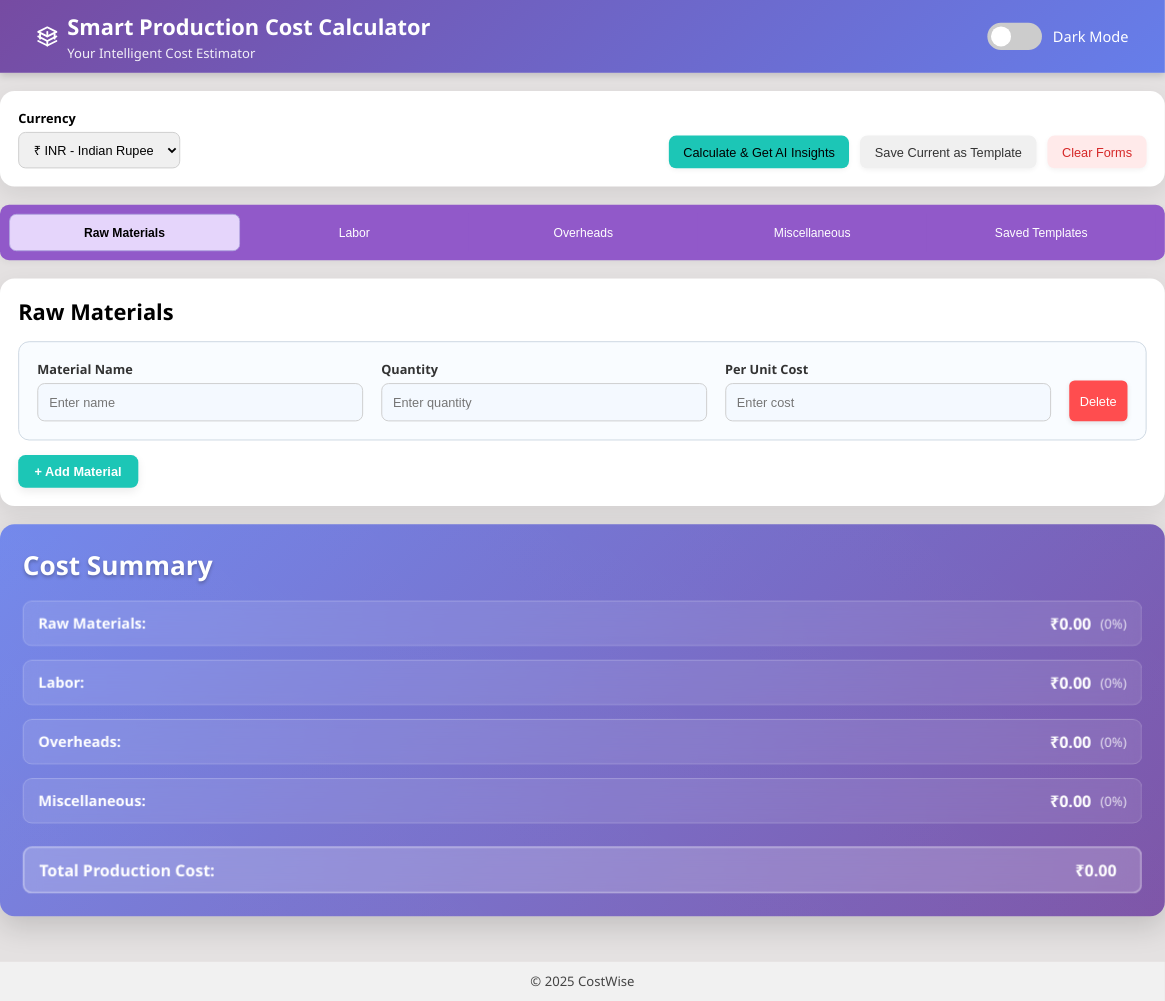
Repository: syntaxion25/COSTWISE
Page: index.html
An editor plug-in stored every save of this project. The page is shown before and after the next save, followed by the edit.
The browser window is 1280 px wide. The pictures show the whole page, at 91% of full size.

Above is the page before, as saved 2025-06-13 20:42:38.
Console error: ReferenceError: savedTemplates is not defined

### index.html
<!DOCTYPE html>
<html lang="en">

<head>
    <meta charset="UTF-8" />
    <meta name="viewport" content="width=device-width, initial-scale=1.0" />
    <title>CostWise</title>
    <link rel="stylesheet" href="style.css" />
</head>

<body>
    <header>
        <div class="container">
            <div class="header-left">
                <svg xmlns="http://www.w3.org/2000/svg" viewBox="0 0 24 24" fill="none" stroke="currentColor"
                    stroke-width="2" stroke-linecap="round" stroke-linejoin="round" class="h-10 w-10 text-primary">
                    <path d="M12 2L2 7l10 5 10-5-10-5z"></path>
                    <path d="M2 17l10 5 10-5"></path>
                    <path d="M2 12l10 5 10-5"></path>
                    <line x1="12" y1="22" x2="12" y2="17"></line>
                    <line x1="12" y1="12" x2="12" y2="7"></line>
                    <line x1="20" y1="14.5" x2="20" y2="9.5"></line>
                    <line x1="4" y1="14.5" x2="4" y2="9.5"></line>
                </svg>
                <div>
                    <h1>Smart Production Cost Calculator</h1>
                    <p class="slogan">Your Intelligent Cost Estimator</p>
                </div>
            </div>
            <div class="header-right">
                <div class="toggle-container">
                    <label class="switch">
                        <input type="checkbox" id="nightToggle">
                        <span class="slider"></span>
                    </label>
                    <span class="label-text">Dark Mode</span>
                </div>
            </div>
        </div>
    </header>


    <main>
        <div class="card-container">
            <div class="card-header">
                <div class="currency-select">
                    <label for="currency">Currency</label>
                    <select id="currency">
                        <option value="INR">₹ INR - Indian Rupee</option>
                        <option value="EUR">€ EUR - Euro</option>
                        <option value="USD">$ USD - US Dollar</option>
                    </select>
                </div>
                <div class="button-group">
                    <button onclick="calculateAI()" class="btn primary">Calculate & Get AI Insights</button>
                    <button onclick="openSaveModal()" class="btn secondary">Save Current as Template</button>
                    <button onclick="clearForms()" class="btn danger">Clear Forms</button>
                </div>
            </div>
        </div>

        <div class="tab-wrapper">
            <div class="tab-container">
                <button class="tab" data-tab="materials_parent">Raw Materials</button>
                <button class="tab" data-tab="labor_parent">Labor</button>
                <button class="tab" data-tab="overheads_parent">Overheads</button>
                <button class="tab" data-tab="tab4">Miscellaneous</button>
                <button class="tab" data-tab="tab5">Saved Templates</button>
            </div>
        </div>

        <!-- Raw Materials -->
        <div id="materials_parent" class="raw-materials-card">
            <h2>Raw Materials</h2>
            <div class="outlined-wrapper material-block">
                <div class="material-inputs-labeled">
                    <div class="input-group">
                        <label>Material Name</label>
                        <input type="text" placeholder="Enter name" id="material_name" class="material-name" />
                    </div>
                    <div class="input-group">
                        <label>Quantity</label>
                        <input type="number" placeholder="Enter quantity" id="material_quantity"
                            class="material-quantity" />
                    </div>
                    <div class="input-group">
                        <label>Per Unit Cost</label>
                        <input type="number" placeholder="Enter cost" id="material_cost" class="material-cost" />
                    </div>
                    <button onclick="deleteElement(this)" class="delete-btn">Delete</button>
                </div>
            </div>
            <button onclick="createMaterialElement()" class="addbutton">+ Add Material</button>
        </div>

        <!-- Labor -->
        <div id="labor_parent" class="raw-materials-card">
            <h2>Labor Costs</h2>
            <div class="outlined-wrapper labor-block">
                <div class="material-inputs-labeled">
                    <div class="input-group">
                        <label>Hours Worked</label>
                        <input type="number" placeholder="Enter number of hours" id="labor_hours" class="labor-hours" />
                    </div>
                    <div class="input-group">
                        <label>Labor Cost</label>
                        <input type="number" placeholder="Enter the cost of labor" id="labor_cost" class="labor-cost" />
                    </div>
                    <button onclick="deleteElement(this)" class="delete-btn">Delete</button>
                </div>
            </div>
            <button onclick="createLaborElement()" class="addbutton">+ Add Labor</button>
        </div>

        <!-- Overheads -->
        <div id="overheads_parent" class="raw-materials-card">
            <h2>Overheads Costs</h2>
            <div class="outlined-wrapper overhead-block">
                <div class="material-inputs-labeled">
                    <div class="input-group">
                        <label>Expense name</label>
                        <input type="text" placeholder="e.g, electricity, rent" id="overhead_name"
                            class="overhead-name" />
                    </div>
                    <div class="input-group">
                        <label>Quantity/Units</label>
                        <input type="number" placeholder="Enter the quantity" id="overhead_hours"
                            class="overhead-hours" />
                    </div>
                    <div class="input-group">
                        <label>Cost</label>
                        <input type="number" placeholder="Enter the service cost" id="overhead_cost"
                            class="overhead-cost" />
                    </div>
                    <button onclick="deleteElement(this)" class="delete-btn">Delete</button>
                </div>
            </div>
            <button onclick="createOverheadsElement()" class="addbutton">+ Add Overhead</button>
        </div>

        <!-- Miscellaneous -->
        <div id="miscellaneous_parent" class="raw-materials-card">
            <h2>Miscellaneous Costs</h2>
            <div class="outlined-wrapper miscellaneous-block">
                <div class="material-inputs-labeled">
                    <div class="input-group">
                        <label>Total Miscellaneous Costs</label>
                        <input type="number" placeholder="Enter total miscellaneous costs" id="miscellaneous_costs"
                            class="miscellaneous-costs" />
                    </div>
                </div>
            </div>
        </div>

        <!-- Saved Templates -->
        <div id="saved_templates" class="raw-materials-card">
            <h2>Saved Templates</h2>
            <div class="outlined-wrapper saved-templates-block">
                <div class="template-list">
                    <p class="no-templates">No saved templates yet. Create and save a template to see it here.</p>
                </div>
            </div>
        </div>
    </main>

    <footer>
        <p>&copy; 2025 CostWise</p>
    </footer>

    <script src="app.js"></script>
</body>

</html>

### style.css
* {
  margin: 0;
  padding: 0;
  box-sizing: border-box;

}

body {
  font-family: 'Segoe UI', sans-serif;
  background-color: #f8fbff;
  padding-top: 80px;
  /* space for fixed header */
  background-color:rgb(228, 225, 225)
}

header {
  position: fixed;
  top: 0;
  width: 100%;
  background: linear-gradient(135deg, #764ba2 0%, #667eea 100%);
  color: white;
  padding: 12px 20px;
  box-shadow: 0 3px 8px rgba(0, 0, 0, 0.15);
  z-index: 1000;
}

.container {
  display: flex;
  justify-content: space-between;
  align-items: center;
  max-width: 1200px;
  margin: 0 auto;
}

.header-left {
  display: flex;
  align-items: center;
  gap: 10px;
}

.logo {
  width: 32px;
  height: 32px;
  stroke: white;
}

.header-left h1 {
  margin: 0;
  font-size: 1.5rem;
  font-weight: 600;
}

.header-right p {
  margin: 0;
  font-size: 0.9rem;
  opacity: 0.9;
  text-align: right;
}

@media (max-width: 600px) {
  .container {
    flex-direction: column;
    align-items: flex-start;
    gap: 8px;
  }

  .header-right p {
    text-align: left;
  }
}

footer {
  margin-top: 50px;
  text-align: center;
  padding: 12px;
  background-color: #f1f1f1;
  font-size: 0.9rem;
  color: #444;
}

/* Card Styles */
.card-container {
  background: #fff;
  padding: 20px;
  margin: 20px auto;
  border-radius: 16px;
  box-shadow: 0 8px 24px rgba(0, 0, 0, 0.08);
  max-width: 1400px;
}

/* Cost Summary Card */
.cost-summary-card {
  background: linear-gradient(135deg, #667eea 0%, #764ba2 100%);
  color: white;
  padding: 25px;
  margin: 20px auto;
  border-radius: 16px;
  box-shadow: 0 12px 32px rgba(0, 0, 0, 0.15);
  max-width: 1400px;
  position: relative;
  overflow: hidden;
}

.cost-summary-card::before {
  content: '';
  position: absolute;
  top: 0;
  left: 0;
  right: 0;
  bottom: 0;
  background: linear-gradient(45deg, rgba(255, 255, 255, 0.1) 0%, rgba(255, 255, 255, 0.05) 100%);
  pointer-events: none;
}

.cost-summary-card h2 {
  margin-bottom: 20px;
  font-size: 1.8rem;
  font-weight: 700;
  text-shadow: 0 2px 4px rgba(0, 0, 0, 0.3);
}

.cost-breakdown {
  display: flex;
  flex-direction: column;
  gap: 15px;
}

.cost-item {
  display: flex;
  justify-content: space-between;
  align-items: center;
  padding: 12px 16px;
  background: rgba(255, 255, 255, 0.1);
  border-radius: 10px;
  backdrop-filter: blur(10px);
  border: 1px solid rgba(255, 255, 255, 0.2);
  transition: all 0.3s ease;
}

.cost-item:hover {
  background: rgba(255, 255, 255, 0.15);
  transform: translateY(-2px);
}

.cost-item.total-cost {
  background: rgba(255, 255, 255, 0.2);
  border: 2px solid rgba(255, 255, 255, 0.3);
  font-weight: 700;
  font-size: 1.1rem;
  margin-top: 10px;
}

.cost-label {
  font-weight: 600;
  flex: 1;
}

.cost-value {
  font-weight: 700;
  font-size: 1.1rem;
  margin-right: 10px;
}

.cost-percentage {
  font-size: 0.9rem;
  opacity: 0.8;
  font-weight: 500;
}

.card-header {
  display: flex;
  flex-wrap: wrap;
  justify-content: space-between;
  align-items: flex-end;
  gap: 20px;
}

/* Currency Dropdown */
.currency-select label {
  display: block;
  font-weight: 600;
  margin-bottom: 6px;
  font-size: 14px;
}

.currency-select select {
  padding: 10px 12px;
  font-size: 14px;
  border: 1px solid #ccc;
  border-radius: 8px;
  background-color: #f0f0f0;
  transition: all 0.2s ease-in-out;
}

.currency-select select:hover {
  border-color: #00ddff;
  background-color: #fff;
  box-shadow: 0 0 4px rgba(28, 198, 182, 0.3);
}

/* Buttons */
.button-group {
  display: flex;
  gap: 12px;
  flex-wrap: wrap;
}

.btn {
  padding: 10px 16px;
  font-size: 14px;
  font-weight: 500;
  border: none;
  border-radius: 8px;
  cursor: pointer;
  transition: all 0.2s ease-in-out;
  box-shadow: 0 2px 6px rgba(0, 0, 0, 0.05);
}

.btn:hover {
  transform: translateY(-2px);
  box-shadow: 0 4px 12px rgba(0, 0, 0, 0.1);
}

.btn.primary {
  background-color: #1cc6b6;
  color: rgb(0, 0, 0);
}

.btn.primary:hover {
  background-color: #00ddff;
}

.btn.secondary {
  background-color: #f0f0f0;
  color: #333;
}

.btn.secondary:hover {
  background-color: #e0e0e0;
}

.btn.danger {
  background-color: #ffeaea;
  color: #d62828;
}

.btn.danger:hover {
  background-color: #ffcccc;
}

svg {
  width: 24px;
  height: 24px;
}

.tab-wrapper {
  max-width: 1400px;
  margin: 20px auto;
}

.tab-container {
  display: flex;
  background-color: #9159c9;
  border-radius: 10px;
  padding: 10px;
  overflow-x: auto;
  box-shadow: 0 2px 8px rgba(0, 0, 0, 0.05);
}

.tab {
  flex: 1;
  background-color: #9159c9;
  padding: 12px 16px;
  text-align: center;
  color: #ffffff;
  font-weight: 500;
  text-decoration: none;
  transition: background-color 0.3s, font-weight 0.3s;
  white-space: nowrap;
  border: none;
}

.tab:hover {
  background-color: #c870e6;
  border-radius: 8px;
}

.tab.active {
  background-color: #e5d5fb;
  font-weight: bold;
  border: 1.5px solid #afa4de;
  color: black;
  border-radius: 8px;
}

.tab.saved-template::before {
  content: "📁";
  margin-right: 6px;
}

.raw-materials-card {
  background: #fff;
  padding: 20px;
  margin: 20px auto;
  width: auto;
  border-radius: 16px;
  box-shadow: 0 8px 24px rgba(0, 0, 0, 0.08);
  max-width: 1400px;
  /* display: none; */
}

.outlined-wrapper {
  border: 1.5px solid #cbd5e1;
  border-radius: 12px;
  padding: 20px;
  margin-top: 16px;
  background-color: #f9fcff;
}

.material-inputs-labeled {
  display: flex;
  gap: 20px;
  flex-wrap: wrap;
}

.input-group {
  display: flex;
  flex-direction: column;
  flex: 1;
  min-width: 200px;
}

.input-group label {
  font-weight: 600;
  margin-bottom: 6px;
  font-size: 14px;
  color: #333;
}

.input-group input {
  padding: 12px;
  border: 1px solid #ccc;
  border-radius: 8px;
  font-size: 14px;
  background-color: #f4f9ff;
  transition: border-color 0.3s, background-color 0.3s;
}

.input-group input:focus {
  border-color: #007bff;
  background-color: #fff;
  outline: none;
}

.addbutton {
  margin-top: 16px;
  padding: 10px 18px;
  font-size: 14px;
  font-weight: 600;
  color: #fff;
  background-color: #1cc6b6;
  border: none;
  border-radius: 8px;
  cursor: pointer;
  transition: background-color 0.3s ease, transform 0.2s;
  box-shadow: 0 4px 10px rgba(0, 0, 0, 0.08);
}

.addbutton:hover {
  background-color: #00bfa6;
  transform: translateY(-2px);
}

.delete-btn {
  background-color: #ff4d4f;
  color: white;
  border: none;
  border-radius: 6px;
  padding: 8px 12px;
  font-size: 14px;
  cursor: pointer;
  transition: background-color 0.2s ease, transform 0.2s;
  margin-top: 22px;
  box-shadow: 0 2px 6px rgba(0, 0, 0, 0.1);
}

.delete-btn:hover {
  background-color: #e60000;
  transform: scale(1.05);
}

/* ========== NIGHT MODE ========== */
body.dark-mode {
  background-color: #121212;
  color: #e0e0e0;
}

body.dark-mode header {
  background-color: #1f1f1f;
  color: white;
}

body.dark-mode .logo {
  stroke: white;
}

body.dark-mode footer {
  background-color: #1f1f1f;
  color: #ccc;
}

body.dark-mode .card-container,
body.dark-mode .raw-materials-card,
body.dark-mode .outlined-wrapper {
  background-color: #1e1e1e;
  border-color: #333;
  color: #e0e0e0;
}

body.dark-mode .cost-summary-card {
  background: linear-gradient(135deg, #2d3748 0%, #4a5568 100%);
  color: #e2e8f0;
}

body.dark-mode .cost-item {
  background: rgba(255, 255, 255, 0.05);
  border: 1px solid rgba(255, 255, 255, 0.1);
}

body.dark-mode .cost-item:hover {
  background: rgba(255, 255, 255, 0.1);
}

body.dark-mode .cost-item.total-cost {
  background: rgba(255, 255, 255, 0.1);
  border: 2px solid rgba(255, 255, 255, 0.2);
}

body.dark-mode .tab-container {
  background-color: #2c2c2c;
}

body.dark-mode .tab {
  background-color: #2c2c2c;
  color: #a0c4ff;
}

body.dark-mode .tab:hover {
  background-color: #444;
}

body.dark-mode .tab.active {
  background-color: #333;
  border-color: #555;
}

body.dark-mode input,
body.dark-mode select {
  background-color: #2c2c2c;
  color: #f0f0f0;
  border: 1px solid #555;
}

body.dark-mode input::placeholder,
body.dark-mode select::placeholder {
  color: #aaa;
}


body.dark-mode .btn,
body.dark-mode .addbutton {
  background-color: #333;
  color: #fff;
  border-color: #444;
}

body.dark-mode .btn.primary {
  background-color: #007bff;
  color: white;
}

body.dark-mode .btn.secondary {
  background-color: #444;
  color: #fff;
}

body.dark-mode .btn.danger {
  background-color: #a32020;
  color: white;
}

body.dark-mode .delete-btn {
  background-color: #cc0000;
}

body.dark-mode .delete-btn:hover {
  background-color: #ff1a1a;
}

.tab-content {
  display: none;
  max-width: 1400px;
  margin: 20px auto;
}

.tab-content.active {
  display: block;
}

.theme-toggle-wrapper {
  position: fixed;
  top: 16px;
  right: 16px;
  z-index: 1001;
}

.dark-toggle {
  font-size: 1.2rem;
  background: none;
  border: none;
  color: white;
  cursor: pointer;
}

.toggle-container {
  display: flex;
  align-items: center;
  gap: 12px;
}

.switch {
  position: relative;
  display: inline-block;
  width: 60px;
  height: 30px;
}

.switch input {
  opacity: 0;
  width: 0;
  height: 0;
}

.slider {
  position: absolute;
  top: 0;
  left: 0;
  right: 0;
  bottom: 0;
  background-color: #ccc;
  border-radius: 34px;
  transition: background-color 0.4s;
  cursor: pointer;
}

.slider::before {
  content: "";
  position: absolute;
  height: 22px;
  width: 22px;
  left: 4px;
  bottom: 4px;
  background-color: white;
  border-radius: 50%;
  transition: transform 0.4s;
}

/* Toggle ON */
input:checked+.slider {
  background-color: #4a4a4a;
}

input:checked+.slider::before {
  transform: translateX(30px);
}

/* Responsive Design for Cost Summary */
@media (max-width: 768px) {
  .cost-item {
    flex-direction: column;
    text-align: center;
    gap: 8px;
  }

  .cost-label,
  .cost-value,
  .cost-percentage {
    margin: 0;
  }

  .cost-summary-card {
    margin: 15px;
    padding: 20px;
  }

  .cost-summary-card h2 {
    font-size: 1.5rem;
  }
}

/* Slogan under title */
.slogan {
  font-size: 0.9rem;
  opacity: 0.9;
  margin-top: 4px;
}

/* Adjust for mobile */
@media (max-width: 600px) {
  .header-left {
    flex-direction: column;
    align-items: flex-start;
  }

  .slogan {
    text-align: left;
  }

  .header-right {
    width: 100%;
    display: flex;
    justify-content: flex-end;
  }

  .toggle-container {
    justify-content: flex-end;
    width: 100%;
  }
}

/* Updated Dark Mode Gradient */
body.dark-mode header {
  background: linear-gradient(135deg, #2c2c2c 0%, #434343 100%);
}

body.dark-mode .input-group label {
  color: #ffffff;
}

Loaded but not shown: app.js (595 lines, source omitted)

After the next save:
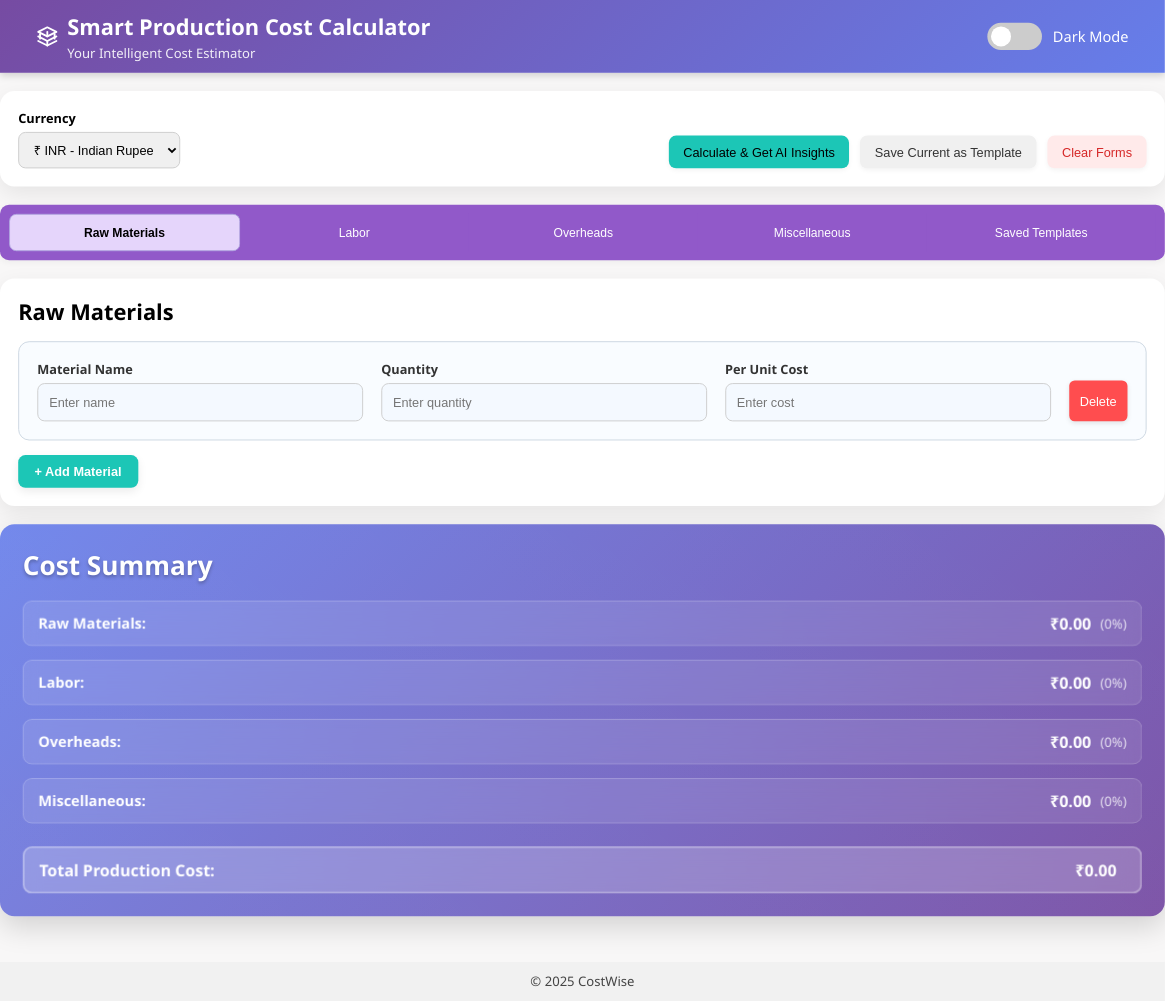
Saved 32 s later.
--- a/style.css
+++ b/style.css
@@ -10,7 +10,7 @@ body {
   background-color: #f8fbff;
   padding-top: 80px;
   /* space for fixed header */
-  background-color:rgb(228, 225, 225)
+  background-color:rgb(248, 247, 247)
 }
 
 header {
